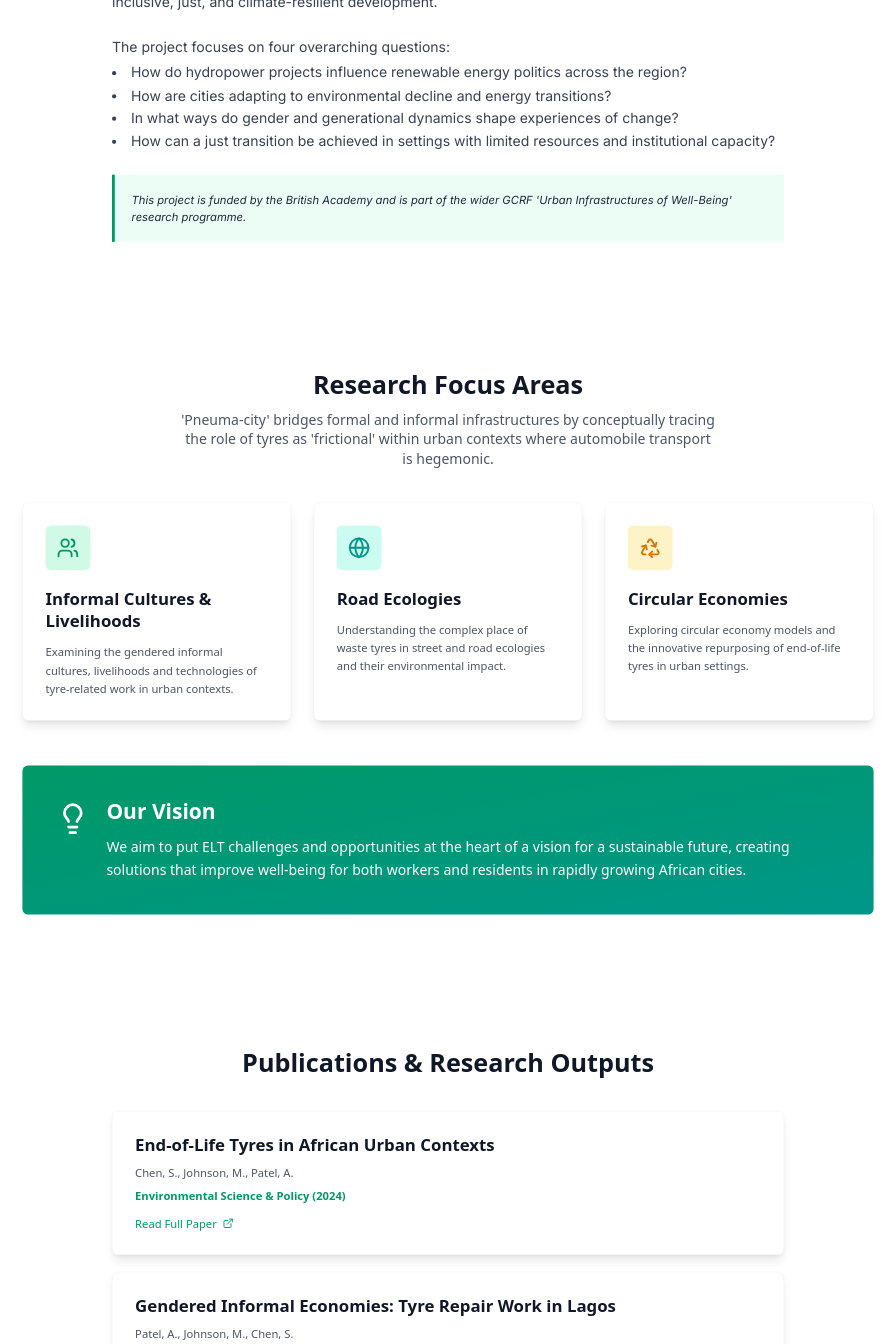
Repository: tiossdav/codesria
Page: /
An editor plug-in stored every save of this project. The page is shown before and after the next save, followed by the edit.
The browser window is 1280 px wide. The pictures show the part of the page from y = 1241 to 3161 px (the page is 5514 px tall before and 5378 px after), at 70% of full size.
The project was rebuilt for these pictures with package versions that can differ from the ones it lists, and the page was loaded fresh each time. Also part of the build but not shown: vite.config.ts.

Above is the page before, as saved 2025-11-19 17:15:29.

After the next save:
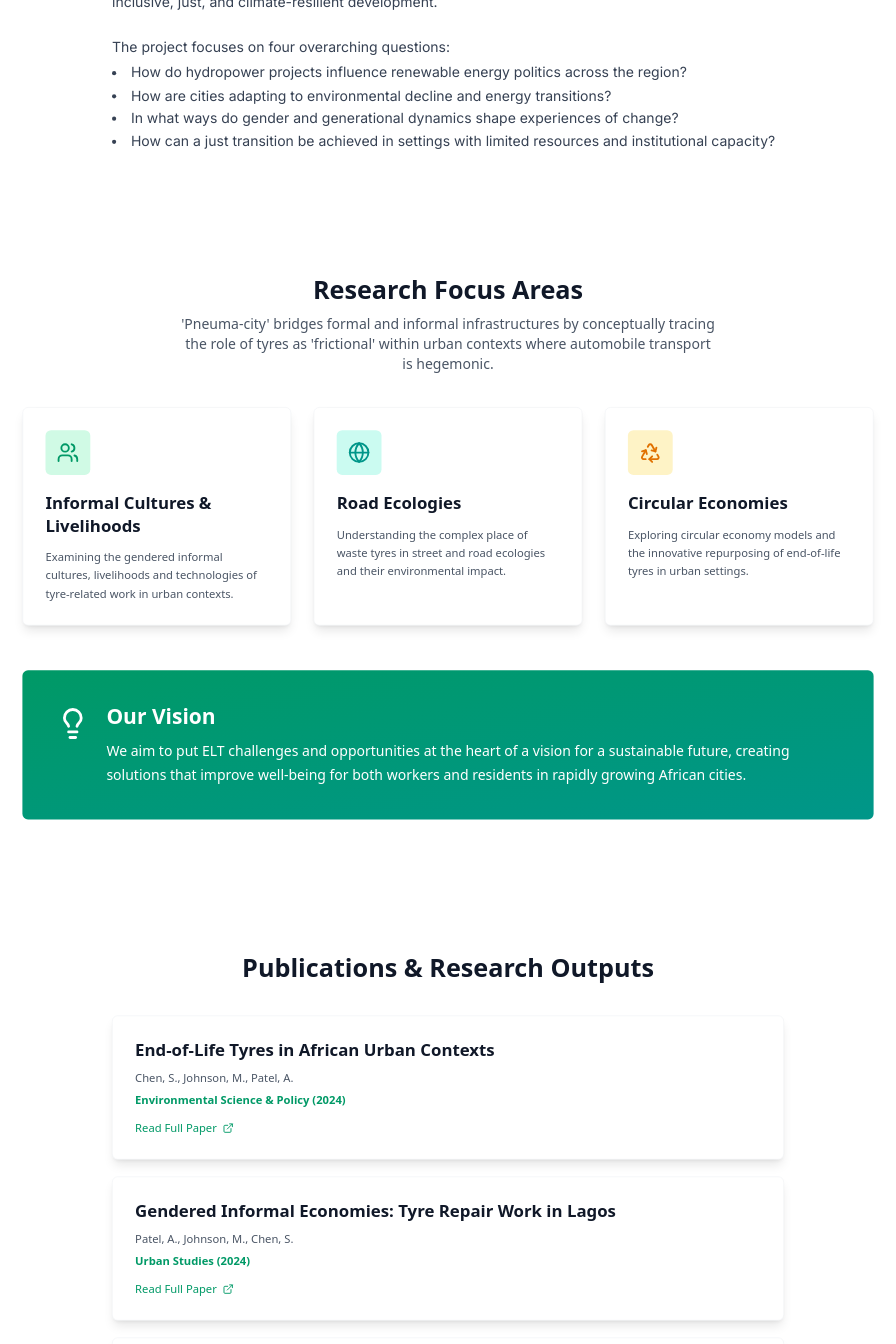
Saved 20 s later.
--- a/src/pages/About.tsx
+++ b/src/pages/About.tsx
@@ -42,12 +42,12 @@ function About() {
           </li>
         </ul>
 
-        <div className="bg-emerald-50 border-l-4 border-emerald-600 p-6 my-8">
+        {/* <div className="bg-emerald-50 border-l-4 border-emerald-600 p-6 my-8">
           <p className="text-gray-800 italic">
             This project is funded by the British Academy and is part of the
             wider GCRF 'Urban Infrastructures of Well-Being' research programme.
           </p>
-        </div>
+        </div> */}
       </div>
     </div>
   );
